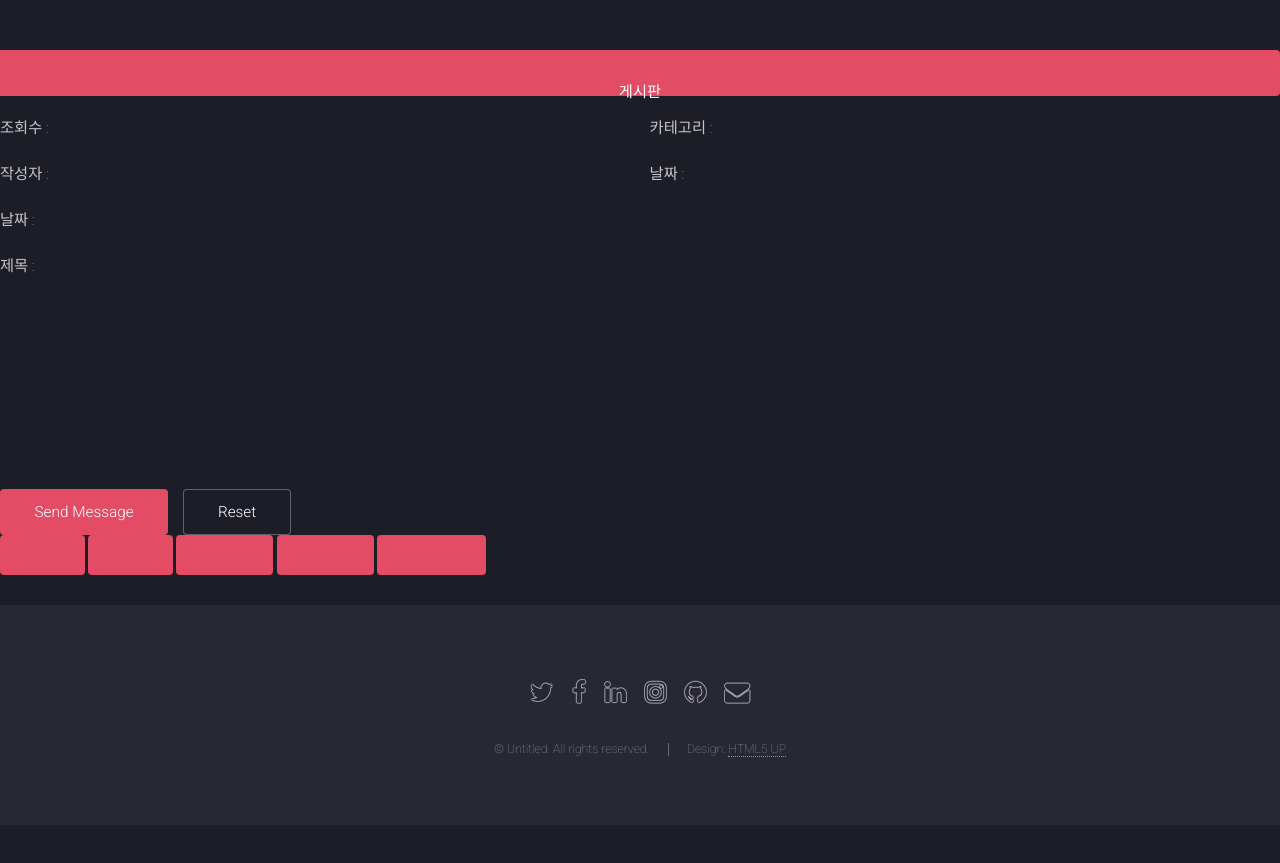
Repository: worMholEamkim/SpringEX
Page: http://localhost/bbs/bbsview.do
An editor plug-in stored every save of this project. The page is shown before and after the next save, followed by the edit.
The browser window is 1280 px wide. The pictures show the whole page.
The page is served by Tomcat 9. Other server files are loaded and not shown. Queries for data that is not in the repository find no rows.

Above is the page before, as saved 2019-03-18 01:03:05.

### JSP_WepPage_Server-master.zip_expanded/JSP_WepPage_Server-master/bbs/WebContent/WEB-INF/bbsview.jsp
<%-- <%@ page language="java" contentType="text/html; charset=UTF-8"
	pageEncoding="UTF-8"%>
<%@ taglib prefix="c" uri="http://java.sun.com/jsp/jstl/core"%>

<!DOCTYPE html>
<html lang="en">
<head>
<title>게시판 볼거야 야무지게</title>
<meta charset="utf-8">
		<meta charset="utf-8" />
		<meta name="viewport" content="width=device-width, initial-scale=1, user-scalable=no" />
		<link rel="stylesheet" href="assets/css/main.css" />
</head>
<body class="is-preload">
	<%
		String sessionID = null;
		if (session.getAttribute("sessionID") != null) {
			sessionID = (String) session.getAttribute("sessionID");
		}
	%>
	<div class="table-wrapper">

		<div class="w3-panel">
				<thead>
						<h3 class="button primary fit">게시판</h3>
						<td width=25%>조회수: ${bbsview.bbsHit}</td>
						<td width=25%>카테고리	: ${bbsview.bbsCategory}</td>
						<td width=25%>작성자: ${bbsview.id}</td>
						<td width=25%>날짜: ${bbsview.bbsDate}</td>
					</tr>
				</thead>
				<tbody>
					<tr>
						<td colspan="4">
							<button class="w3-button w3-block w3-button w3-black">제목
								: ${bbsview.bbsTitle}</button>
						</td>
					</tr>

					<tr>
						<td colspan="4">
							<div class="w3-panel">
								<p style="background-color: black; color: white; font-size: 20px; line-height:2; padding: 50px 50px;">
									${bbsview.bbsContent}</p>
							</div>
						</td>
					</tr>
					<tr>
					</tr>
					<tr>
						<td colspan="4">
							<div class="w3-panel">
								<c:forEach var="item" items="${files}" >
									<a href="bbsFile.do?id=${item.fileId}" target="_blank">${item.orgn_File_Nm}
									</a>
								</c:forEach>
							</div>
						</td>
					</tr>

					<tr>
						<td></td>
						<c:choose>
							<c:when test="${bbsview.id ==sessionID}">
								<td>
									<button class="w3-button w3-block w3-button w3-red">

										<a href="bbsdelete.do?id=${bbsview.bbsId}">삭제</a>

									</button>
								</td>
								<td>
									<button class="w3-button w3-block w3-button w3-black">

										<a href="bbsupdate.do?id=${bbsview.bbsId}">수정</a>

									</button>
								</td>
							</c:when>
							<c:otherwise>
								<td>
									<button class="w3-button w3-block w3-button w3-red">
										삭제x</button>
								</td>
								<td>
									<button class="w3-button w3-block w3-button w3-black">
										수정x</button>
								</td>
							</c:otherwise>
						</c:choose>
						<td>
							<button class="w3-button w3-block w3-button w3-indigo">
								<a href='bbsupload2.do'>글쓰기</a>
							</button>
						</td>
					</tr>
				</tbody>
				<tfoot>
					<tr>
						<td>
						</td>

						<td colspan="2">
							<button class="w3-button w3-block w3-button w3-indigo">
								<a href='bbs.do'>게시판</a>
							</button>
						</td>

						<td>
						</td>
					</tr>

					<tr>
						<td colspan="4">
							<button class="w3-button w3-block w3-button w3-black">
								<a href='home.do'>처음으로</a>
							</button>
						</td>
					</tr>
					<tr>
						<td colspan="2"></td>
						<td colspan="2" align="right">
<!-- 							<div style="display: inline-block; width: 100%;"> -->
<!-- 								<form> -->
<!-- 									<input type="text" name="commentContent" -->
<!-- 										style="width: 90%; padding: 12px 20px; margin: 8px 0; box-sizing: border-box; border: 2px solid glay; outline: none;"> -->

<!-- 									<button type="submit" -->
<!-- 										class="w3-button w3-block w3-button w3-red" -->
<!-- 										style="width: 40%;"> -->
										<a href='bbscomment.do?id=${bbsview.bbsId}'>댓글달기</a>
<!-- 									</button> -->
<!-- 								</form> -->
<!-- 							</div> -->
						</td>
					</tr>
				</tfoot>
			</table>
		</div>
	</div>
</body>
</html> --%>
<%@ page language="java" contentType="text/html; charset=UTF-8"
	pageEncoding="UTF-8"%>
<%@ taglib prefix="c" uri="http://java.sun.com/jsp/jstl/core"%>

<!DOCTYPE html>
<html lang="en">
<head>
<title>게시판 볼거야 야무지게</title>
<meta charset="utf-8">
		<meta charset="utf-8" />
		<meta name="viewport" content="width=device-width, initial-scale=1, user-scalable=no" />
		<link rel="stylesheet" href="assets/css/main.css" />
<style>
	col-6, col-12 {
	    transition: border-color 0.2s ease-in-out;
    background: transparent;
    border-radius: 4px;
    border: solid 1px rgba(255, 255, 255, 0.3);
    color: inherit;
    display: block;
    outline: 0;
    padding: 0 1em;
    text-decoration: none;
    width: 100%;
	}
</style>

</head>
<body class="is-preload">
	<%
		String sessionID = null;
		if (session.getAttribute("sessionID") != null) {
			sessionID = (String) session.getAttribute("sessionID");
		}
	%>
	<div class="wrapper style1">

<!-- Form -->
							<section>

								<form>
									<div class="row gtr-uniform gtr-50">
									<botton class="button primary fit">게시판</botton>

										<div class="col-6">
											조회수 : ${bbsview.bbsHit}
										</div>
										<div class="col-6">
											카테고리 : ${bbsview.bbsCategory}
										</div>
										<div class="col-6">
											작성자 : ${bbsview.id}
										</div>
										<div class="col-6">
											날짜 : ${bbsview.bbsDate}
										</div>
										<div class="col-6">
											날짜 : ${bbsview.bbsDate}
										</div>
										<div class="col-12">
											제목 : ${bbsview.bbsTitle}
										</div>
										<blockquote>
										<div class="col-12">
											<p style=" font-size: 20px; line-height:2; padding: 50px 50px;">
										${bbsview.bbsContent}</p>
										</div>
								</blockquote>
										<div class="col-6">
											<c:forEach var="item" items="${files}" >
												<a href="bbsFile.do?id=${item.fileId}" target="_blank">${item.orgn_File_Nm}
												</a>
											</c:forEach>
										</div>
										<div class="col-12">
											<ul class="actions">
												<li><input type="submit" value="Send Message" class="primary" /></li>
												<li><input type="reset" value="Reset" /></li>
											</ul>
										</div>
									</div>

									<div>
										<c:choose>
											<c:when test="${bbsview.id ==sessionID}">
												<td>
											<button class="button primary">

												<a href="bbsdelete.do?id=${bbsview.bbsId}">삭제</a>

											</button>
											</td>
											<td>
									<button class="button primary">

										<a href="bbsupdate.do?id=${bbsview.bbsId}">수정</a>

									</button>
								</td>
							</c:when>
							<c:otherwise>
								<td>
									<button class="button primary">
										삭제x</button>
								</td>
								<td>
									<button class="button primary">
										수정x</button>
								</td>
							</c:otherwise>
						</c:choose>

								</form>
	<td>
							<button class="button primary">
								<a href='bbsupload2.do'>글쓰기</a>
							</button>
						</td>
					</tr>
				</tbody>
				<tfoot>
					<tr>
						<td>
						</td>

						<td colspan="2">
							<button class="button primary">
								<a href='bbs.do'>게시판</a>
							</button>
						</td>

						<td>
						</td>
					</tr>

					<tr>
						<td colspan="4">
							<button class="button primary">
								<a href='home.do'>처음으로</a>
							</button>
						</td>
					</tr>
							</section>
							<footer id="footer">
					<ul class="icons">
						<li><a href="#" class="icon alt fa-twitter"><span class="label">Twitter</span></a></li>
						<li><a href="#" class="icon alt fa-facebook"><span class="label">Facebook</span></a></li>
						<li><a href="#" class="icon alt fa-linkedin"><span class="label">LinkedIn</span></a></li>
						<li><a href="#" class="icon alt fa-instagram"><span class="label">Instagram</span></a></li>
						<li><a href="#" class="icon alt fa-github"><span class="label">GitHub</span></a></li>
						<li><a href="#" class="icon alt fa-envelope"><span class="label">Email</span></a></li>
					</ul>
					<ul class="copyright">
						<li>&copy; Untitled. All rights reserved.</li><li>Design: <a href="http://html5up.net">HTML5 UP</a></li>
					</ul>
				</footer>

		</div>

### JSP_WepPage_Server-master.zip_expanded/JSP_WepPage_Server-master/bbs/src/com/jsp/controller/BbsViewController.java
package com.jsp.controller;

import java.io.IOException;
import java.util.List;

import javax.servlet.RequestDispatcher;
import javax.servlet.ServletException;
import javax.servlet.http.HttpServlet;
import javax.servlet.http.HttpServletRequest;
import javax.servlet.http.HttpServletResponse;

import com.jsp.dao.BbsDao;
import com.jsp.dao.BbsFileDao;
import com.jsp.dto.BbsDto;
import com.jsp.dto.BbsFileDto;

public class BbsViewController extends HttpServlet {

	@Override
	protected void doGet(HttpServletRequest req, HttpServletResponse resp) throws ServletException, IOException {
		process(req, resp);
	}

	@Override
	protected void doPost(HttpServletRequest req, HttpServletResponse resp) throws ServletException, IOException {
		process(req, resp);
	}

	private void process(HttpServletRequest req, HttpServletResponse resp) throws ServletException, IOException {

		// bbsview에서 id에 넘긴 글번호 수가 넘어옴
		String bbsId = req.getParameter("id");
		BbsDao bbsDao = BbsDao.getInstance();
		BbsDto bbsDto = new BbsDto();
		int result = bbsDao.hitUpdate(bbsId);
		bbsDto = bbsDao.selectById(bbsId);
		// bbsId 확인
		//System.out.println("컨트롤러에서 id =" + bbsId);
		// bbsDto 확인
		//System.out.println("컨트롤러에서 " + bbsDto.toString());
		req.setAttribute("bbsview", bbsDto);


		BbsFileDao bbsfDao = BbsFileDao.getInstance();
		List<BbsFileDto> files = bbsfDao.selectByBbsId(bbsId);
		//
		System.out.println("컨트롤러에서 files " + files);
		req.setAttribute("files", files);
		RequestDispatcher rd = req.getRequestDispatcher("/WEB-INF/bbsview.jsp");
		rd.forward(req, resp);
	}
}

### JSP_WepPage_Server-master.zip_expanded/JSP_WepPage_Server-master/bbs/src/com/jsp/dto/BbsDto.java
package com.jsp.dto;

public class BbsDto {

	private String id;
	private String bbsId;
	private String bbsTitle;
	private String bbsDate;
	private String bbsCategory;
	private String bbsContent;
	private String bbsHit;

	public String getId() {
		return id;
	}
	public void setId(String id) {
		this.id = id;
	}
	public String getBbsId() {
		return bbsId;
	}
	public void setBbsId(String bbsId) {
		this.bbsId = bbsId;
	}
	public String getBbsTitle() {
		return bbsTitle;
	}
	public void setBbsTitle(String bbsTitle) {
		this.bbsTitle = bbsTitle;
	}
	public String getBbsDate() {
		return bbsDate;
	}
	public void setBbsDate(String bbsDate) {
		this.bbsDate = bbsDate;
	}
	public String getBbsCategory() {
		return bbsCategory;
	}
	public void setBbsCategory(String bbsCategory) {
		this.bbsCategory = bbsCategory;
	}
	public String getBbsContent() {
		return bbsContent;
	}
	public void setBbsContent(String bbsContent) {
		this.bbsContent = bbsContent;
	}
	public String getBbsHit() {
		return bbsHit;
	}
	public void setBbsHit(String bbsHit) {
		this.bbsHit = bbsHit;
	}
	@Override
	public String toString() {
		return "BbsDto [id=" + id + ", bbsId=" + bbsId + ", bbsTitle=" + bbsTitle + ", bbsDate=" + bbsDate
				+ ", bbsCategory=" + bbsCategory + ", bbsContent=" + bbsContent + ", bbsHit=" + bbsHit + "]";
	}

}

### JSP_WepPage_Server-master.zip_expanded/JSP_WepPage_Server-master/bbs/src/com/jsp/dao/BbsFileDao.java
package com.jsp.dao;

import java.sql.Connection;
import java.sql.DriverManager;
import java.sql.PreparedStatement;
import java.sql.ResultSet;
import java.sql.SQLException;
import java.util.ArrayList;
import java.util.List;
import java.util.Map;

import com.jsp.dto.BbsFileDto;

public class BbsFileDao {

	private static BbsFileDao bbsfDao;
	private Connection conn;
	private PreparedStatement pstmt;
	private int result;
	private ResultSet rs;
	//Map<String, Object> map;
	private List<BbsFileDto> bbsfList;
	private ArrayList fileIdList;


	private BbsFileDao() {

	}

	public static synchronized BbsFileDao getInstance() {
		if(bbsfDao == null) {
			bbsfDao = new BbsFileDao();
		}
		return bbsfDao;
	}

	public Connection getConnect() {
		String url = "jdbc:oracle:thin:@localhost:1521:xe";
		String id = "BIG";
		String pw = "1234";
		try {
			Class.forName("core.log.jdbc.driver.OracleDriver");
			conn = DriverManager.getConnection(url, id, pw);
		} catch(ClassNotFoundException e) {
			e.printStackTrace();
		} catch(SQLException e) {
			e.printStackTrace();
		}
		return conn;
	}



	public List<BbsFileDto> selectByBbsId(String bbsid) {
		System.out.println("야 갓재?");
		conn = this.getConnect();

		StringBuffer query = new StringBuffer();
		query.append("SELECT *");
		query.append(" FROM BBS_FILE");
		query.append(" WHERE BBSID=?");
		System.out.println("쿼리확인");
		try {
			pstmt = conn.prepareStatement(query.toString());
			pstmt.setString(1, bbsid);
			rs = pstmt.executeQuery();
			bbsfList = new ArrayList<>();

			while (rs.next()) {
				BbsFileDto bbsfDto = new BbsFileDto();
				bbsfDto.setFileId(rs.getString("FILEID"));
				bbsfDto.setOrgn_File_Nm(rs.getString("ORGN_FILE_NM"));
				// bbsfDto 확인
				System.out.println("filedao에서 bbsfdto" + bbsfDto);
				bbsfList.add(bbsfDto);

			}

		} catch (SQLException e) {

		} finally {
			this.close(conn, pstmt, null);
		}
		return bbsfList;
	}

	public String selectById(String fileId) {

		String bbsFile="";
		conn = this.getConnect();
		StringBuffer query = new StringBuffer();
		query.append("SELECT SAVE_FILE_NM");
		query.append("	FROM BBS_FILE");
		query.append("	WHERE FILEID=?");
		try {
			pstmt = conn.prepareStatement(query.toString());
			pstmt.setString(1,  fileId);
			rs = pstmt.executeQuery();

			if(rs.next()) {
				bbsFile = rs.getString("SAVE_FILE_NM");
			}
		} catch (SQLException e) {

		} finally {
			this.close(conn, pstmt, null);
		}
		return bbsFile;
	}

	public int delete(int id) {

			conn = this.getConnect();
			StringBuffer query = new StringBuffer();

			try {

				query.append("DELETE FROM BBS_FILE");
				query.append("	WHERE BBSID = ?");
				pstmt = conn.prepareStatement(query.toString());
				pstmt.setInt(1, id);
				int result = pstmt.executeUpdate();
				return result;
			} catch (SQLException e) {
				e.printStackTrace();
			} finally {
				this.close(conn, pstmt, null);
			}
			return -1;
		}

	public void close(Connection conn, PreparedStatement stmt, ResultSet rs) {
		if (rs != null) {
			try {
				rs.close();
			} catch (SQLException e) {
			}
		}
		if (stmt != null) {
			try {
				stmt.close();
			} catch (SQLException e) {
			}
		}
		if (conn != null) {
			try {
				conn.close();
			} catch (SQLException e) {
			}
		}
	}



}

Loaded but not shown: JSP_WepPage_Server-master.zip_expanded/JSP_WepPage_Server-master/bbs/WebContent/assets/css/font-awesome.min.css (library); JSP_WepPage_Server-master.zip_expanded/JSP_WepPage_Server-master/bbs/WebContent/assets/css/main.css (4070 lines, source omitted); JSP_WepPage_Server-master.zip_expanded/JSP_WepPage_Server-master/bbs/src/com/jsp/dao/BbsDao.java (376 lines, source omitted)

After the next save:
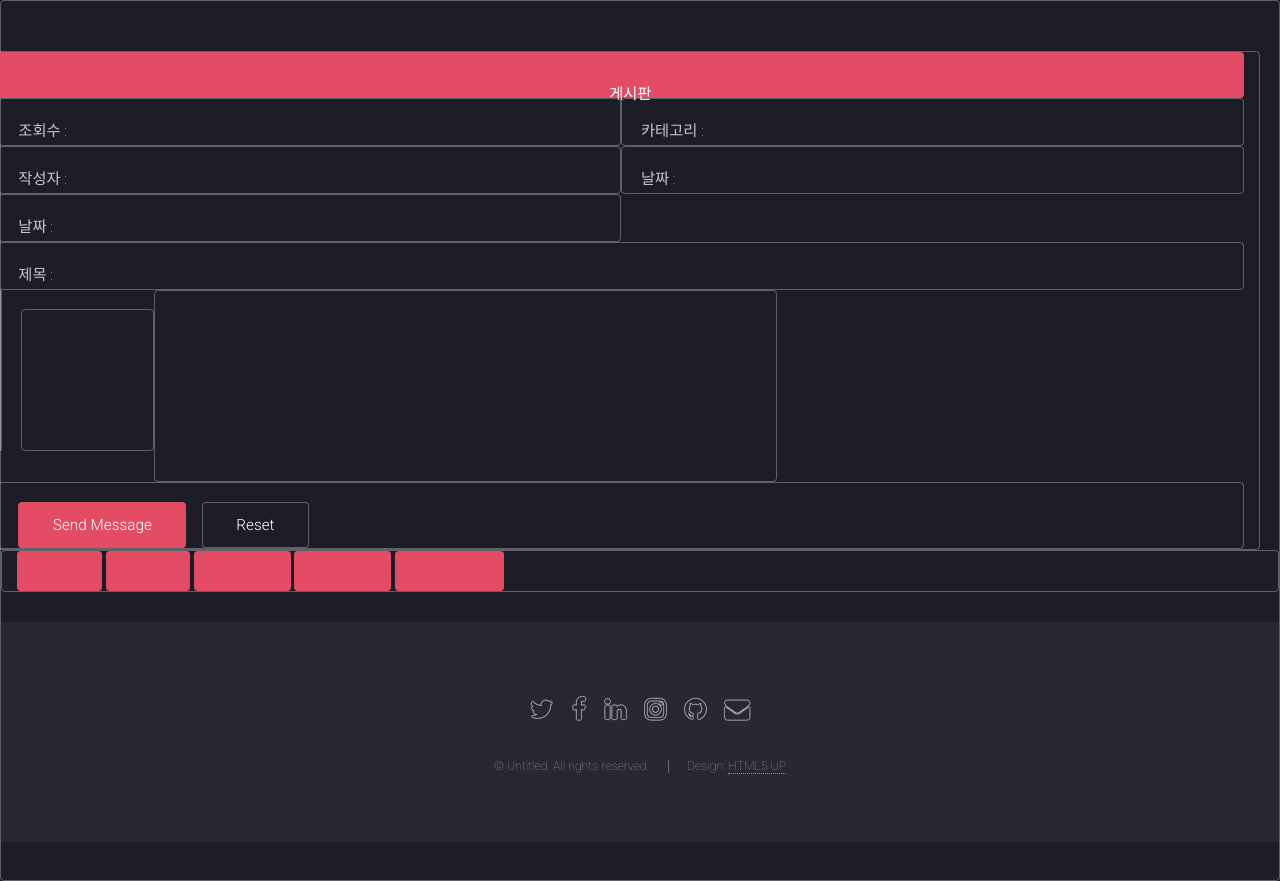
Saved 10 s later.
--- a/JSP_WepPage_Server-master.zip_expanded/JSP_WepPage_Server-master/bbs/WebContent/WEB-INF/bbsview.jsp
+++ b/JSP_WepPage_Server-master.zip_expanded/JSP_WepPage_Server-master/bbs/WebContent/WEB-INF/bbsview.jsp
@@ -153,7 +153,7 @@
 		<meta name="viewport" content="width=device-width, initial-scale=1, user-scalable=no" />
 		<link rel="stylesheet" href="assets/css/main.css" />
 <style>
-	col-6, col-12 {
+	div {
 	    transition: border-color 0.2s ease-in-out;
     background: transparent;
     border-radius: 4px;

After the save that followed:
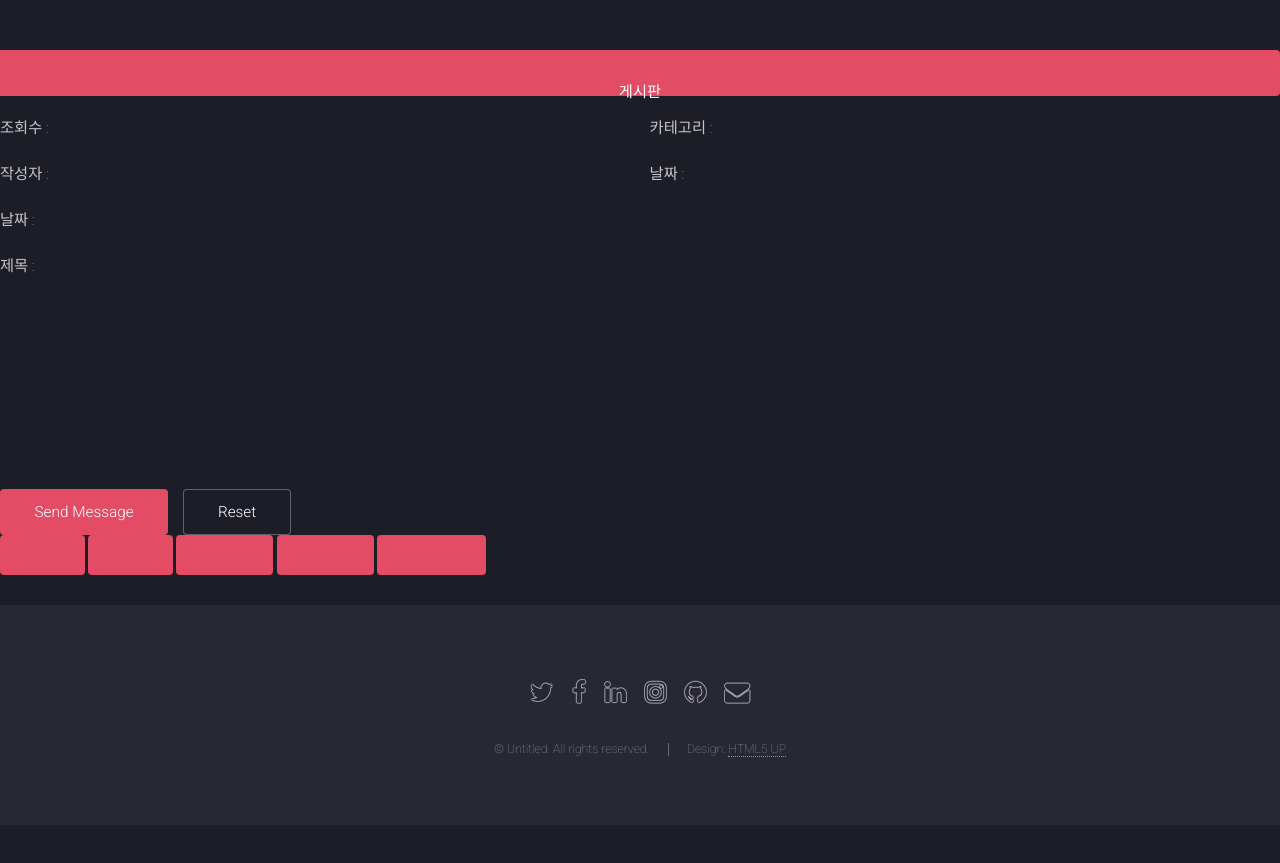
Saved 20 s later.
--- a/JSP_WepPage_Server-master.zip_expanded/JSP_WepPage_Server-master/bbs/WebContent/WEB-INF/bbsview.jsp
+++ b/JSP_WepPage_Server-master.zip_expanded/JSP_WepPage_Server-master/bbs/WebContent/WEB-INF/bbsview.jsp
@@ -153,7 +153,7 @@
 		<meta name="viewport" content="width=device-width, initial-scale=1, user-scalable=no" />
 		<link rel="stylesheet" href="assets/css/main.css" />
 <style>
-	div {
+	col-6 {
 	    transition: border-color 0.2s ease-in-out;
     background: transparent;
     border-radius: 4px;
